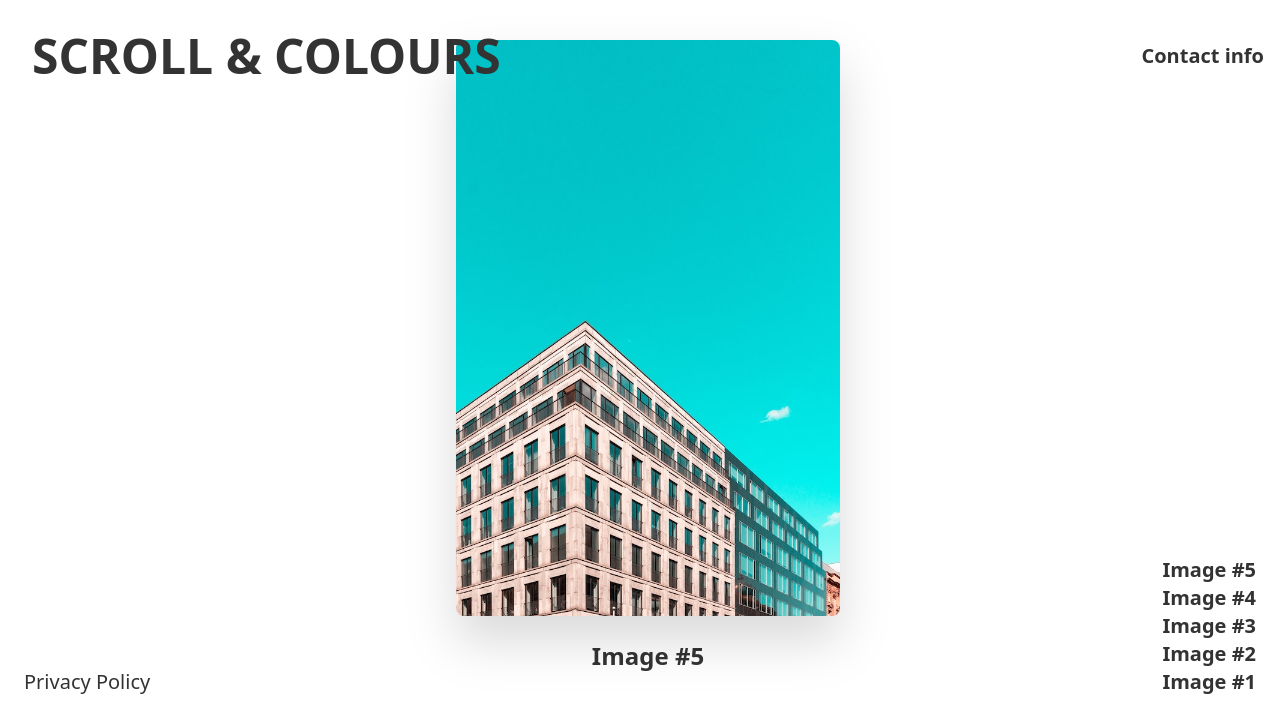
Repository: chelle-c/smooth-scroll-colours
Page: /
An editor plug-in stored every save of this project. The page is shown before and after the next save, followed by the edit.
The browser window is 1280 px wide. The pictures show the whole page.
An inner scrolling area shows only its first screen. The project was rebuilt for these pictures with package versions that can differ from the ones it lists, and the page was loaded fresh each time. Imported but missing from the stored project, and not drawn on this page: images.

Above is the page before, as saved 2022-09-25 13:54:13.

### src/App.svelte
<script>
	import '/images/';

	let sections = [
		{ id: '1', image: 'red', alt: '', colour: '#00c1b5' },
		{ id: '2', image: 'blue', alt: '', colour: '#ff651a' },
		{ id: '3', image: 'yellow', alt: '', colour: '#ffbe00' },
		{ id: '4', image: 'orange', alt: '', colour: '#1d3fbb' },
		{ id: '5', image: 'turquoise', alt: '', colour: '#e30512' },
	];

	let y;
	let pageHeight;
</script>

<svelte:window bind:scrollY={y} />

<main
	class="min-w-full min-h-screen flex flex-col scrollsnap-container scroll-smooth"
>
	<div
		class="min-w-full p-6 flex flex-row justify-between items-center z-10 fixed"
	>
		<div>
			<h1 class="font-sans font-bold text-5xl uppercase">
				Scroll & Colours
			</h1>
		</div>
		<div class="font-sans font-bold text-xl">Contact info</div>
	</div>

	{#each [...sections].reverse() as {id, image, alt}}
		<section
			class="flex flex-col justify-center items-center min-w-full min-h-screen justify-center items-center transition-colors snap-always snap-center"
			id="section{id}"
		>
			<div class="drop-shadow-2xl mix-blend-luminosity">
				<img
					class="w-96 rounded-lg"
					src="/images/image-{image}.jpg"
					alt={alt}
				/>
			</div>
			<h3 class="font-sans font-bold text-2xl p-6">Image #{id}</h3>
		</section>
	{/each}

	<div
		class="min-w-full p-6 flex flex-row justify-between items-end z-10 fixed bottom-0 left-0 pointer-events-none"
	>
		<div class="font-sans text-xl pointer-events-auto">Privacy Policy</div>
		<div class="font-sans font-semibold text-xl pointer-events-auto">
			<ul>
				<li><a href="#section5">Image #5</a></li>
				<li><a href="#section4">Image #4</a></li>
				<li><a href="#section3">Image #3</a></li>
				<li><a href="#section2">Image #2</a></li>
				<li><a href="#section1">Image #1</a></li>
			</ul>
		</div>
	</div>
</main>

<style global lang="postcss">
	@tailwind base;
	@tailwind components;
	@tailwind utilities;

	:global(body) {
		margin: 0;
		padding: 0;
		overflow: hidden;
	}

	.scrollsnap-container {
		max-height: 100vh;
		overflow-x: hidden;
		overflow-y: scroll;
		scroll-snap-type: mandatory; /* for older browsers */
		scroll-snap-points-y: repeat(100vh); /* for older browsers */
		scroll-snap-type: y mandatory;
		background: transparent;
		scrollbar-width: none;
	}

	a,
	a:visited {
		color: inherit;
	}

	section {
		display: flex;
		justify-content: center;
		align-items: center;
		width: 100vw;
		height: 100vh;
		scroll-snap-align: start;
		position: relative;
		background: inherit;
		transition: background-color 1s linear;
	}

	/* #section5 {
		background: #00c1b5;
	}

	#section4 {
		background: #ff651a;
	}

	#section3 {
		background: #ffbe00;
	}

	#section2 {
		background: #1d3fbb;
	}

	#section1 {
		background: #e30512;
	} */
</style>

### tailwind.config.js
/** @type {import('tailwindcss').Config} */
const production = process.env.NODE_ENV !== 'development'
module.exports = {
	future: {
		purgeLayersByDefault: true,
		removeDeprecatedGapUtilities: true,
	},
	purge: {
		content: ['./src/**/*.svelte'],
		enabled: production, // disable purge in dev
	},
	content: [],
	theme: {
		extend: {},
	},
	plugins: [],
};

### public/global.css
html, body {
	position: relative;
	width: 100%;
	height: 100%;
}

body {
	color: #333;
	margin: 0;
	padding: 8px;
	box-sizing: border-box;
	font-family: -apple-system, BlinkMacSystemFont, "Segoe UI", Roboto, Oxygen-Sans, Ubuntu, Cantarell, "Helvetica Neue", sans-serif;
}

a {
	color: rgb(0,100,200);
	text-decoration: none;
}

a:hover {
	text-decoration: underline;
}

a:visited {
	color: rgb(0,80,160);
}

label {
	display: block;
}

input, button, select, textarea {
	font-family: inherit;
	font-size: inherit;
	-webkit-padding: 0.4em 0;
	padding: 0.4em;
	margin: 0 0 0.5em 0;
	box-sizing: border-box;
	border: 1px solid #ccc;
	border-radius: 2px;
}

input:disabled {
	color: #ccc;
}

button {
	color: #333;
	background-color: #f4f4f4;
	outline: none;
}

button:disabled {
	color: #999;
}

button:not(:disabled):active {
	background-color: #ddd;
}

button:focus {
	border-color: #666;
}

Loaded but not shown: public/index.html (common file); src/main.js (common file)

After the next save:
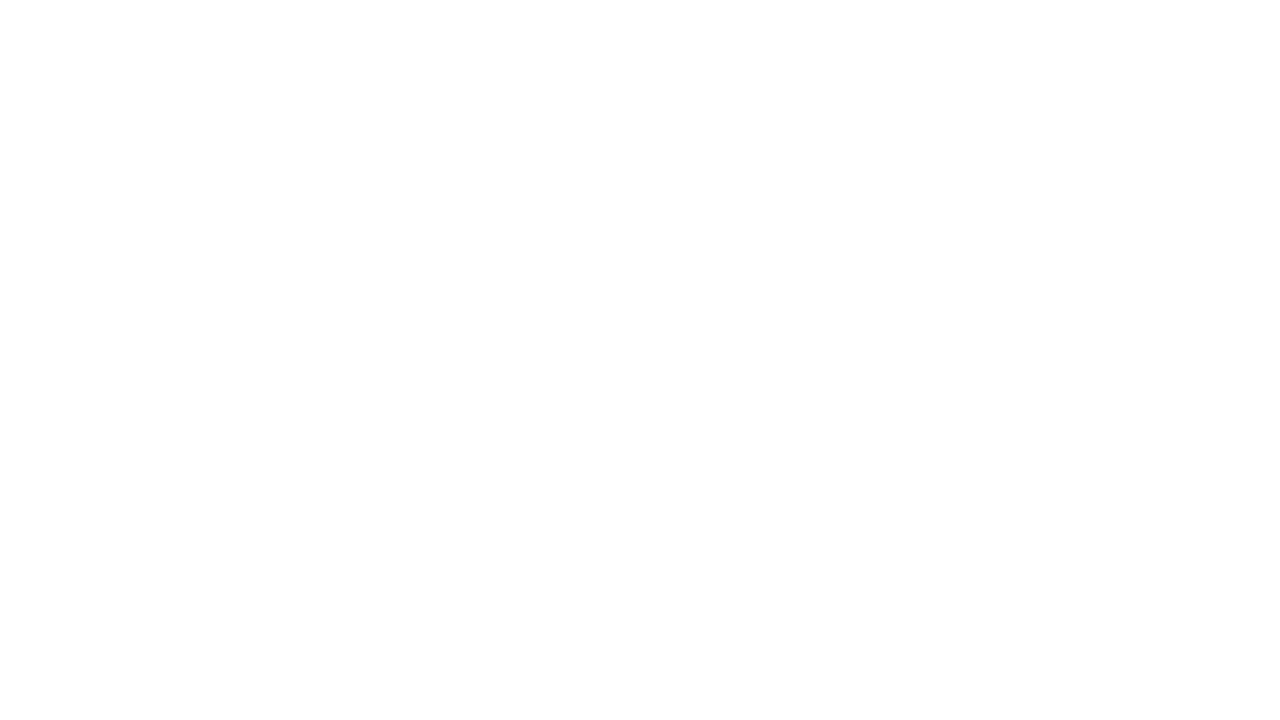
Console error: ReferenceError: Viewport is not defined
Saved 16 min 8 s later.
--- a/src/App.svelte
+++ b/src/App.svelte
@@ -1,16 +1,17 @@
 <script>
 	import '/images/';
+	import { fade } from 'svelte/transition';
 
 	let sections = [
-		{ id: '1', image: 'red', alt: '', colour: '#00c1b5' },
-		{ id: '2', image: 'blue', alt: '', colour: '#ff651a' },
-		{ id: '3', image: 'yellow', alt: '', colour: '#ffbe00' },
-		{ id: '4', image: 'orange', alt: '', colour: '#1d3fbb' },
-		{ id: '5', image: 'turquoise', alt: '', colour: '#e30512' },
+		{ id: 1, image: 'red', alt: '', colour: '#00c1b5' },
+		{ id: 2, image: 'blue', alt: '', colour: '#ff651a' },
+		{ id: 3, image: 'yellow', alt: '', colour: '#ffbe00' },
+		{ id: 4, image: 'orange', alt: '', colour: '#1d3fbb' },
+		{ id: 5, image: 'turquoise', alt: '', colour: '#e30512' },
 	];
 
 	let y;
-	let pageHeight;
+	let sectionHeight = Viewport.Height;
 </script>
 
 <svelte:window bind:scrollY={y} />
@@ -29,7 +30,7 @@
 		<div class="font-sans font-bold text-xl">Contact info</div>
 	</div>
 
-	{#each [...sections].reverse() as {id, image, alt}}
+	{#each [...sections].reverse() as { id, image, alt }}
 		<section
 			class="flex flex-col justify-center items-center min-w-full min-h-screen justify-center items-center transition-colors snap-always snap-center"
 			id="section{id}"
@@ -38,7 +39,7 @@
 				<img
 					class="w-96 rounded-lg"
 					src="/images/image-{image}.jpg"
-					alt={alt}
+					{alt}
 				/>
 			</div>
 			<h3 class="font-sans font-bold text-2xl p-6">Image #{id}</h3>

After the save that followed:
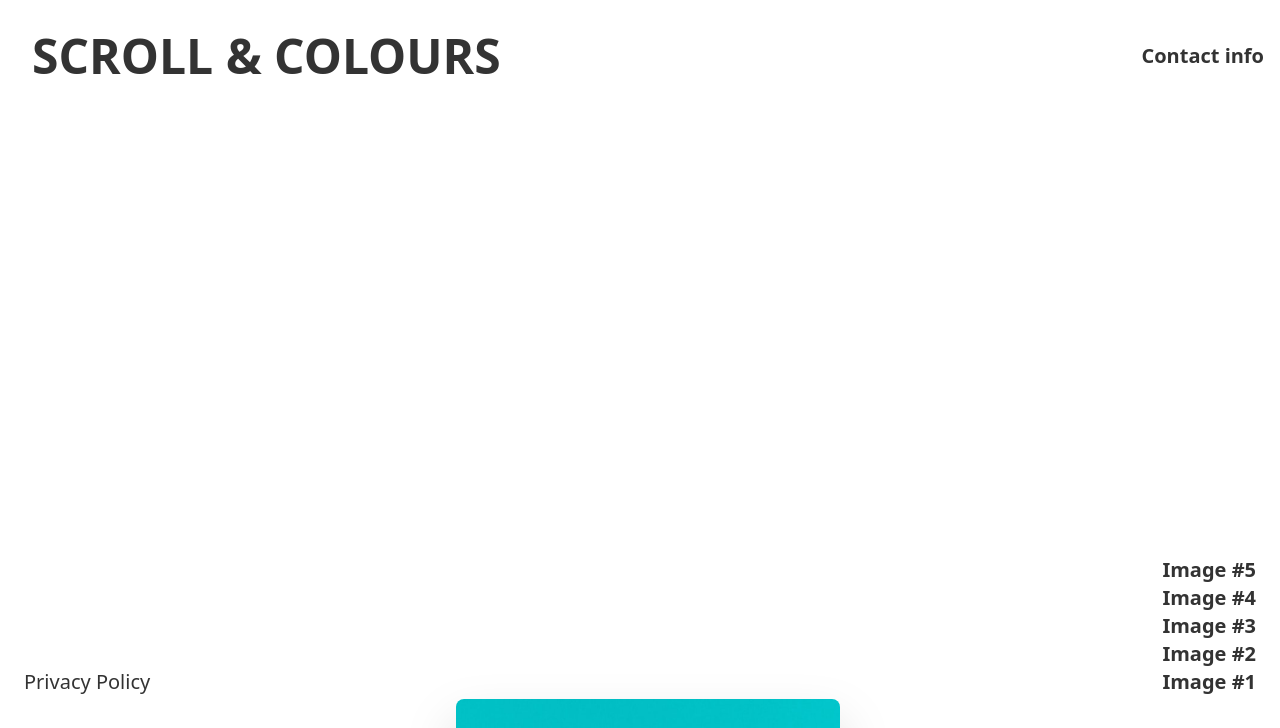
The error is gone.
Saved 11 min 9 s later.
--- a/src/App.svelte
+++ b/src/App.svelte
@@ -11,58 +11,62 @@
 	];
 
 	let y;
-	let sectionHeight = Viewport.Height;
+	let sectionBackground = () => {
+
+	};
 </script>
 
 <svelte:window bind:scrollY={y} />
 
 <main
-	class="min-w-full min-h-screen flex flex-col scrollsnap-container scroll-smooth"
+	class='min-w-full min-h-screen flex flex-col scrollsnap-container scroll-smooth'
 >
 	<div
-		class="min-w-full p-6 flex flex-row justify-between items-center z-10 fixed"
+		class='min-w-full p-6 flex flex-row justify-between items-center z-10 fixed'
 	>
 		<div>
-			<h1 class="font-sans font-bold text-5xl uppercase">
+			<h1 class='font-sans font-bold text-5xl uppercase'>
 				Scroll & Colours
 			</h1>
 		</div>
-		<div class="font-sans font-bold text-xl">Contact info</div>
+		<div class='font-sans font-bold text-xl'>Contact info</div>
 	</div>
+
+	<div class='min-w-full min-h-screen z-0' style='background: {sectionBackground};'></div>
 
 	{#each [...sections].reverse() as { id, image, alt }}
 		<section
-			class="flex flex-col justify-center items-center min-w-full min-h-screen justify-center items-center transition-colors snap-always snap-center"
-			id="section{id}"
+			class='flex flex-col justify-center items-center min-w-full min-h-screen justify-center items-center transition-colors snap-always snap-center'
+			id='section{id}'
 		>
-			<div class="drop-shadow-2xl mix-blend-luminosity">
+			<div class='drop-shadow-2xl mix-blend-luminosity'>
 				<img
-					class="w-96 rounded-lg"
-					src="/images/image-{image}.jpg"
+					class='w-96 rounded-lg'
+					src='/images/image-{image}.jpg'
 					{alt}
 				/>
 			</div>
-			<h3 class="font-sans font-bold text-2xl p-6">Image #{id}</h3>
+			<h3 class='font-sans font-bold text-2xl p-6'>Image #{id}</h3>
 		</section>
 	{/each}
 
 	<div
-		class="min-w-full p-6 flex flex-row justify-between items-end z-10 fixed bottom-0 left-0 pointer-events-none"
+		class='min-w-full p-6 flex flex-row justify-between items-end z-10 fixed bottom-0 left-0 pointer-events-none'
 	>
-		<div class="font-sans text-xl pointer-events-auto">Privacy Policy</div>
-		<div class="font-sans font-semibold text-xl pointer-events-auto">
+		<div class='font-sans text-xl pointer-events-auto'>Privacy Policy</div>
+		<div class='font-sans font-semibold text-xl pointer-events-auto'>
 			<ul>
-				<li><a href="#section5">Image #5</a></li>
-				<li><a href="#section4">Image #4</a></li>
-				<li><a href="#section3">Image #3</a></li>
-				<li><a href="#section2">Image #2</a></li>
-				<li><a href="#section1">Image #1</a></li>
+				<li><a href='#section5'>Image #5</a></li>
+				<li><a href='#section4'>Image #4</a></li>
+				<li><a href='#section3'>Image #3</a></li>
+				<li><a href='#section2'>Image #2</a></li>
+				<li><a href='#section1'>Image #1</a></li>
 			</ul>
 		</div>
 	</div>
 </main>
 
-<style global lang="postcss">
+<style global lang='postcss'>
 	@tailwind base;
 	@tailwind components;
 	@tailwind utilities;
